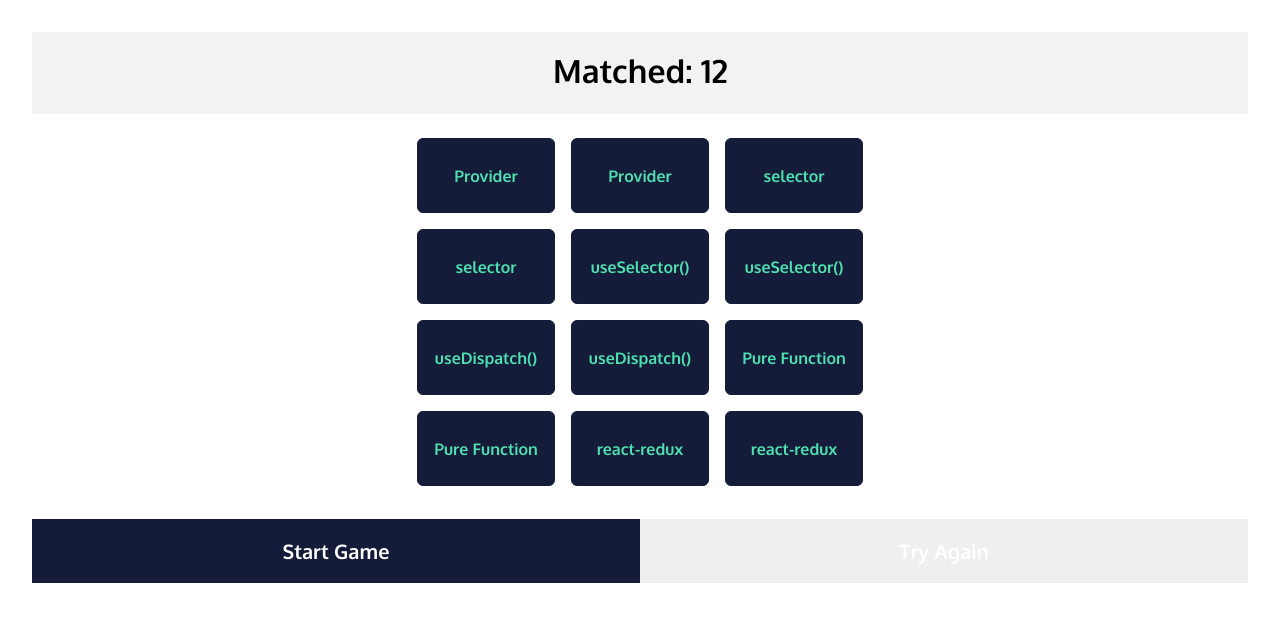
Repository: dnmyers/matching-memory
Page: /
These files come from the project's save history. The page is drawn as it stood at one moment and after a run of saves; the edit follows.
The browser window is 1280 px wide. The pictures show the whole page.
The project was rebuilt for these pictures with package versions that can differ from the ones it lists, and the page was loaded fresh each time. Also part of the build but not shown: vite.config.js.

Above is the page before, as saved 2023-08-24 23:14:24.

### src/main.jsx
import ReactDOM from 'react-dom/client';
import { Provider } from 'react-redux';

import App from './app/App';
import { store } from './app/store.jsx';

import './index.css';

ReactDOM.createRoot(
    document.getElementById('root')
).render(
    <Provider store={store}>
        <App />
    </Provider>,
);

### src/app/App.jsx
import { useDispatch } from 'react-redux';

import { Score } from '../features/score/Score.jsx';
import { Board } from '../features/board/Board.jsx';

import { setBoard, resetCards } from '../features/board/boardSlice.jsx';

import './App.css';

const App = () => {
    const dispatch = useDispatch();

    const startGameHandler = () => {
        dispatch(setBoard());
    };

    const tryAgainHandler = () => {
        dispatch(resetCards());
    };

    return (
        <div className="App">
            <Score />
            <Board />
            <footer className="footer">
                <button onClick={startGameHandler} className="start-button">
                    Start Game
                </button>
                <button onClick={tryAgainHandler} className="try-again-button">
                    Try Again
                </button>
            </footer>
        </div>
    );
};

export default App;

### src/app/store.jsx
import { configureStore } from '@reduxjs/toolkit';

import { boardReducer } from '../features/board/boardSlice';


export const store = configureStore({
    reducer: {
        board: boardReducer
    }
});

### src/index.css
@import url("https://fonts.googleapis.com/css2?family=Oxygen:wght@700&display=swap");

html,
body {
    margin: 0;
}

* {
    font-family: "Oxygen", sans-serif;
    font-weight: bold;
}

.card {
    padding: 20px 0;
    text-align: center;
    border-radius: 6px;
    border: solid 1px #141c3a;
    background-color: #141c3a;
    color: white;
    cursor: pointer;
    height: 75px;
    font-size: 16px;
}

.card:hover,
.card:focus {
    background-color: #2e4085;
    transition: all 0.3s ease-in-out;
}

.cards-container {
    display: grid;
    grid-template-columns: repeat(3, 138px);
    grid-auto-rows: 1fr;
    gap: 16px 16px;
    margin: 0 auto;
    width: fit-content;
    padding: 24px 0 33px 0;
}

.card.selected {
    background-color: initial;
    color: #141c3a;
    border: solid 1px #141c3a;
}

.card.matched {
    color: #4fe0b0;
}

.card.no-match {
    color: #fd4d3f;
}

.logo-placeholder {
    width: 120px;
}

.score-container {
    background-color: #f2f2f2;
    padding: 18px 158px 23px 159px;
    text-align: center;
    font-size: 32px;
}

.footer > button {
    width: 50%;
    padding: 19px 40px 19px 40px;
    font-size: 20px;
    border: none;
    color: #ffffff;
    cursor: pointer;
}

.start-button {
    background-color: #141c3a;
}

.start-button:hover,
.start-button:focus {
    background-color: #2c3f81;
    transition: all 0.3s ease-in-out;
}

.try-new-pair-button {
    background-color: #6400e4;
}

.try-new-pair-button:hover,
.try-new-pair-button:focus {
    background-color: #7d1aff;
    transition: all 0.3s ease-in-out;
}

### src/features/score/Score.jsx
import { useSelector } from 'react-redux';

import { selectMatchedIDs } from '../board/boardSlice';

export const Score = () => {
    const cardsMatched = useSelector(selectMatchedIDs);

    return (
        <div className="score-container">Matched: {cardsMatched.length}</div>
    );
};

### src/features/board/Board.jsx
import { useSelector } from 'react-redux';

import { CardRow } from './cardRow/CardRow.jsx';
import { selectBoard } from './boardSlice.jsx';

export const Board = () => {
    const currentBoard = useSelector(selectBoard);

    const numberOfCards = currentBoard.length;
    const columns = 3;
    const rows = Math.floor(numberOfCards / columns);

    // Utility Function
    const getRowCards = (row) => {
        const rowCards = [];

        for (let j = 0; j < columns; j++) {
            const cardIndex = row * columns + j;

            rowCards.push(currentBoard[cardIndex]);
        }

        return rowCards;
    };

    let content = [];
    for (let row = 0; row < rows; row++) {
        const rowCards = getRowCards(row);

        content.push(
            <CardRow
                key={row}
                cards={rowCards}
            />
        );
    }

    return <div className="cards-container">{content}</div>;
};

### src/features/board/boardSlice.jsx
/* eslint-disable no-unused-vars */
const initialState = [
    { id: 0, contents: 'Provider', visible: true, matched: true },
    { id: 1, contents: 'Provider', visible: true, matched: true },
    { id: 2, contents: 'selector', visible: true, matched: true },
    { id: 3, contents: 'selector', visible: true, matched: true },
    { id: 4, contents: 'useSelector()', visible: true, matched: true },
    { id: 5, contents: 'useSelector()', visible: true, matched: true },
    { id: 6, contents: 'useDispatch()', visible: true, matched: true },
    { id: 7, contents: 'useDispatch()', visible: true, matched: true },
    { id: 8, contents: 'Pure Function', visible: true, matched: true },
    { id: 9, contents: 'Pure Function', visible: true, matched: true },
    { id: 10, contents: 'react-redux', visible: true, matched: true },
    { id: 11, contents: 'react-redux', visible: true, matched: true },
];

export const boardReducer = (state = initialState, action) => {
    switch (action.type) {
        case 'board/setBoard': {
            let setState = [];
            action.payload.forEach((element, index) =>
                setState.push({
                    id: index,
                    contents: element,
                    visible: false,
                    matched: false
                })
            );

            return setState;
        }
        case 'board/flipCard': {
            let flipState = [...state];
            const cardID = action.payload;
            flipState[cardID] = { ...state[cardID], visible: true };

            const [index1, index2] = flipState
                .filter(card => card.visible)
                .map(card => card.id);
            if (index2 !== undefined) {
                const card1 = flipState[index1];
                const card2 = flipState[index2];
                if (card1.contents === card2.contents) {
                    flipState[index1] = { ...card1, visible: false, matched: true };
                    flipState[index2] = { ...card2, visible: false, matched: true };
                }
            }

            return flipState;
        }
        case 'board/resetCards':
            return state.map(card => ({ ...card, visible: false }));
        default:
            return state;
    }
}

const wordPairs = [
    'Provider', 'Provider',
    'selector', 'selector',
    'useSelector()', 'useSelector()',
    'useDispatch()', 'useDispatch()',
    'Pure Function', 'Pure Function',
    'react-redux', 'react-redux',
]

const randomWords = () => {
    let words = [];
    let newWordPairs = [...wordPairs];
    const reps = newWordPairs.length;
    for (let i = 0; i < reps; i++) {
        const wordIndex = Math.floor(Math.random() * newWordPairs.length);
        words.push(newWordPairs[wordIndex])
        newWordPairs.splice(wordIndex, 1)
    }

    return words;
}

// action creators
export const setBoard = () => {
    const words = randomWords();
    return {
        type: 'board/setBoard',
        payload: words
    }
}

export const flipCard = (id) => {
    return {
        type: 'board/flipCard',
        payload: id
    }
}

export const resetCards = (_indices) => {
    return {
        type: 'board/resetCards'
    }
}

// Add selector export statements below
export const selectBoard = state => {
    return state.board.map(
        card => ({
            id: card.id,
            contents: card.contents
        })
    );
};

export const selectVisibleIDs = state => {
    return state.board.filter(
        card => card.visible
    ).map(
        card => card.id
    );
};

export const selectMatchedIDs = state => {
    return state.board.filter(
        card => card.matched
    ).map(
        card => card.id
    );
};

### src/features/board/cardRow/CardRow.jsx
/* eslint-disable react/prop-types */
import { Card } from './card/Card.jsx';

export const CardRow = ({ cards }) => {
    const content = cards.map(card =>
        <Card
            key={card.id}
            id={card.id}
            contents={card.contents}
        />)

    return <>{content}</>;
};

### src/features/board/cardRow/card/Card.jsx
/* eslint-disable react/prop-types */
import { useSelector, useDispatch } from 'react-redux';

import { selectVisibleIDs, flipCard, selectMatchedIDs, resetCards } from '../../boardSlice';

let cardLogo = "https://static-assets.codecademy.com/Courses/Learn-Redux/matching-game/codecademy_logo.png";

export const Card = ({ id, contents }) => {
    const visibleIDs = useSelector(selectVisibleIDs);
    const matchedIDs = useSelector(selectMatchedIDs);
    const dispatch = useDispatch();


    // flip card action
    const flipHandler = (id) => {
        // Add action dispatch below
        dispatch(flipCard(id));
    };

    const resetCardsHandler = () => {
        dispatch(resetCards());
    }

    let cardStyle = 'resting';
    let click = () => flipHandler(id);

    let cardText = (
        <img src={cardLogo} className="logo-placeholder" alt="Card option" />
    );

    // 1st if statement
    // implement card id array membership check
    if (visibleIDs.includes(id) || matchedIDs.includes(id)) {
        cardText = contents;
        click = () => { };
    }

    // 2nd if statement
    // implement card id array membership check
    if (matchedIDs.includes(id)) {
        cardStyle = 'matched';
    }

    // 3rd if statement
    // implement number of flipped cards check
    if (visibleIDs.length === 2) {
        click = () => resetCardsHandler();
    }

    return (
        <button onClick={click} className={`card ${cardStyle}`}>
            {cardText}
        </button>
    );
};

Loaded but not shown: index.html (common file); src/app/App.css (common file)

After the next 4 saves:
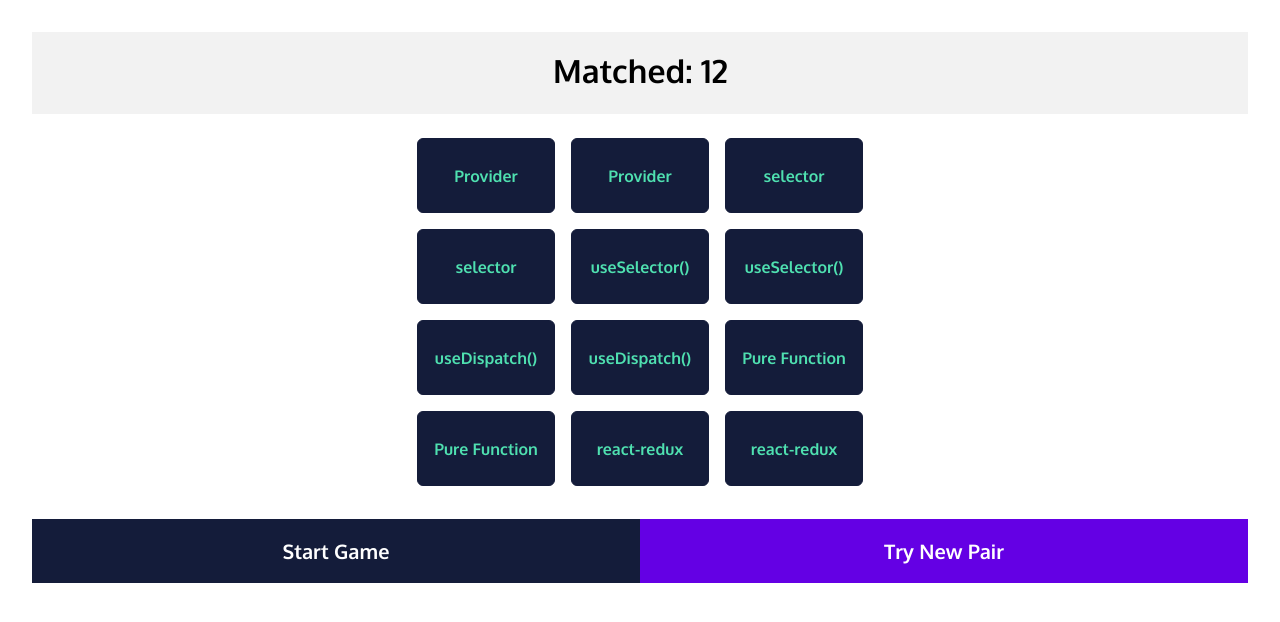
The 4 saves are shown as one change because 3 did not build or start.
The last was saved 6 h 6 min later.
--- a/src/app/App.jsx
+++ b/src/app/App.jsx
@@ -26,8 +26,8 @@ const App = () => {
                 <button onClick={startGameHandler} className="start-button">
                     Start Game
                 </button>
-                <button onClick={tryAgainHandler} className="try-again-button">
-                    Try Again
+                <button onClick={tryAgainHandler} className="try-new-pair-button">
+                    Try New Pair
                 </button>
             </footer>
         </div>
